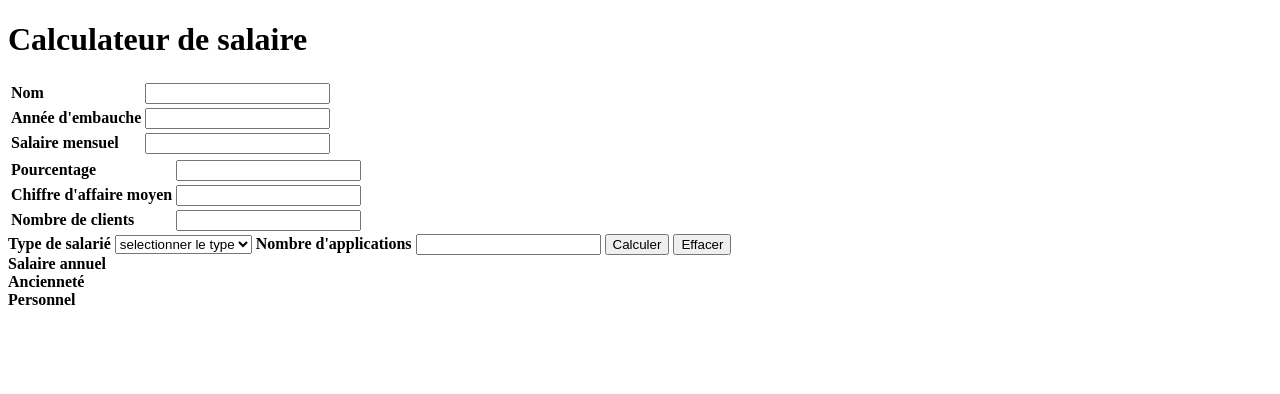
Repository: AgatheLM/formation_js
Page: insee-travaux-js/insee-client-js/tp2.html
The author's editor kept a copy of each file at every save. The page is drawn from the files as they stood at one save, then again after the next save.
The browser window is 1280 px wide. The pictures show the whole page.

Above is the page before, as saved 2018-01-25 10:19:22.

### insee-travaux-js/insee-client-js/tp2.html
<!DOCTYPE html>
<html>
<head>
	<meta charset="utf-8">
	<meta http-equiv="X-UA-Compatible" content="IE=edge">
	<title>TP 2</title>
	<script type="text/javascript" src="scripts/TP2/classe.js"></script>
</head>

<body>
<h1> Calculateur de salaire</h1>
<form>
	<table>
		<tbody>
			<tr>
				<td> <label for="nom"> <strong> Nom </strong> </label></td>
				<td> <input type="text" id="nom" name="nom" value=""> </td>
			</tr>
			<tr>
				<td> <label for="anEmbauche"> <strong> Année d'embauche </strong> </label></td>
				<td> <input type="text" id="anEmbauche" name="anEmbauche" value=""> </td>
			</tr>
			<tr>
				<td> <label for="salaireM"> <strong> Salaire mensuel </strong> </label></td>
				<td> <input type="text" id="salaireM" name="salaireM" value=""> </td>
			</tr>
		</tbody>
	</table>
	<div id="divDev" style="display:none">
		<table>
			<tbody>
					<tr>
						<td> <label for="nbAppli"> <strong> Nombre d'applications </strong> </label></td>
						<td> <input type="text" id="nbAppli" name="nbAppli" value=""> </td>
					</tr>
					<tr>
						<td> <label for="note"> <strong> Note moyenne </strong> </label></td>
						<td> <input type="text" id="note" name="note" value=""> </td>
					</tr>
			</tbody>
		</table>
	</div>
	<div id="divCom">
		<table>
			<tbody>
					<tr>
						<td> <label for="pourcent"> <strong> Pourcentage </strong> </label></td>
						<td> <input type="text" id="pourcent" name="pourcent" value=""> </td>
					</tr>
					<tr>
						<td> <label for="caMoy"> <strong> Chiffre d'affaire moyen </strong> </label></td>
						<td> <input type="text" id="caMoy" name="caMoy" value=""> </td>
					</tr>
					<tr>
						<td> <label for="nbClient"> <strong> Nombre de clients </strong> </label></td>
						<td> <input type="text" id="nbClient" name="nbClient" value=""> </td>
					</tr>
				</tbody>
			</table>
	</div>
			<tr>
				<td> <label for="typeSalarie"> <strong>Type de salarié </strong> </label></td>
				<td><select name="typeSalarie" id="typeSalarie">
							<option value="none">selectionner le type</option>
							<option value="dev">Developpeur</option>
							<option value="com">Commercial</option>
					</select></td>
			</tr>
			<tr>
				<td> <label for="nbAppli"> <strong> Nombre d'applications </strong> </label></td>
				<td> <input type="text" id="nbAppli" name="nbAppli" value=""> </td>
			</tr>
		</tbody>
	</table>
	<input type="button" value="Calculer" onClick="calculer()">
	<input type="reset" value="Effacer" onClick="effacer()"><br>
	<label for="salAn"> <strong> Salaire annuel </strong> </label>
	<label id="salAn" name="salAn">  </label><br>
	<label for="anciennete"> <strong> Ancienneté </strong> </label>
	<label id="anciennete" name="anciennete"> </label><br>
	<label for="persoString"> <strong> Personnel </strong> </label>
	<label id="persoString" name="persoString"> </label><br>

</form>
</body>

### insee-travaux-js/insee-client-js/scripts/TP2/classe.js
/*******************************************************************************
 * Personnel *
 ******************************************************************************/

function Personnel(nom, anEmbauche, salaireM) {
	// Attributs
	this.nom = nom;
	this.anEmbauche = anEmbauche;
	this.salaireM = salaireM;
}

//Méthodes
Personnel.prototype.getSalaireA = function() {
	return 12 * this.salaireM;
}
Personnel.prototype.getAnciennete = function() {
	var today=new Date();
	var anneeEnCours = today.getFullYear();
	return anneeEnCours-anAmbauche;
}

/*******************************************************************************
 * Developpeur *
 ******************************************************************************/

function Developpeur(nom, anEmbauche, salaireM, nbApp, note) {
	// Attributs parents
	Personnel.call(this, nom, anEmbauche, salaireM);
	// Attributs propres
	this.nbApp = nbApp;
	this.note = note;
}

/*******************************************************************************
 * Commercial *
 ******************************************************************************/

function Commercial(nom, anEmbauche, salaireM, nbClient, caMoy) {
	// Attributs parents
	Personnel.call(this, nom, anEmbauche, salaireM);
	// Attributs propres
	this.nbClient = nbClient;
	this.caMoy = caMoy;
}

//Méthodes
/**On instancie le fait que commercial est une instance de personnel pour pouvoire hériter des méthodes*/
Commercial.prototype= new Personnel();
Commercial.prototype.getSalaireA = function(pourcentage){
	var salaireA = this.constructor.prototype.getSalaireA.call(this);
	return salaireA + (this.caMoy*pourcentage/100);
}

After the next save:
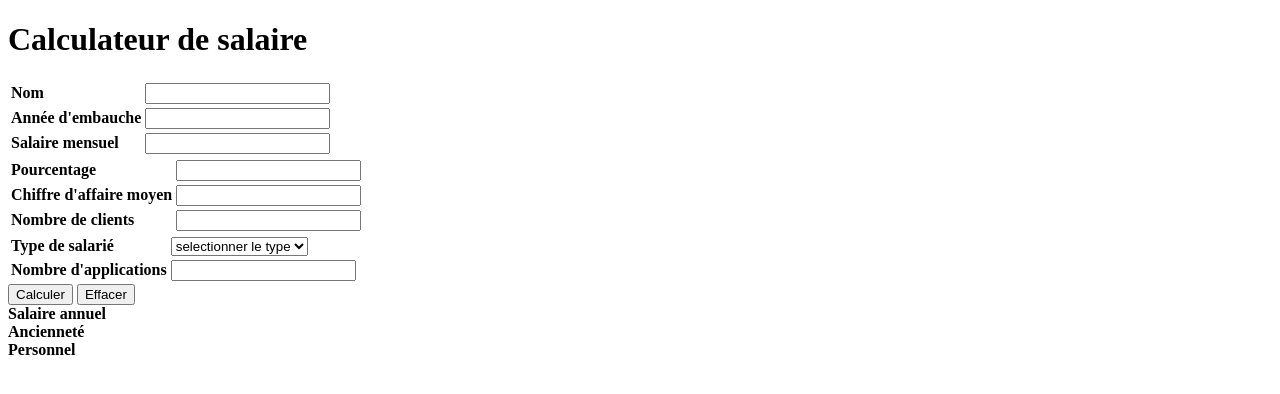
Saved 43 s later.
--- a/insee-travaux-js/insee-client-js/tp2.html
+++ b/insee-travaux-js/insee-client-js/tp2.html
@@ -58,6 +58,8 @@
 				</tbody>
 			</table>
 	</div>
+	<table>
+		<tbody>
 			<tr>
 				<td> <label for="typeSalarie"> <strong>Type de salarié </strong> </label></td>
 				<td><select name="typeSalarie" id="typeSalarie">
